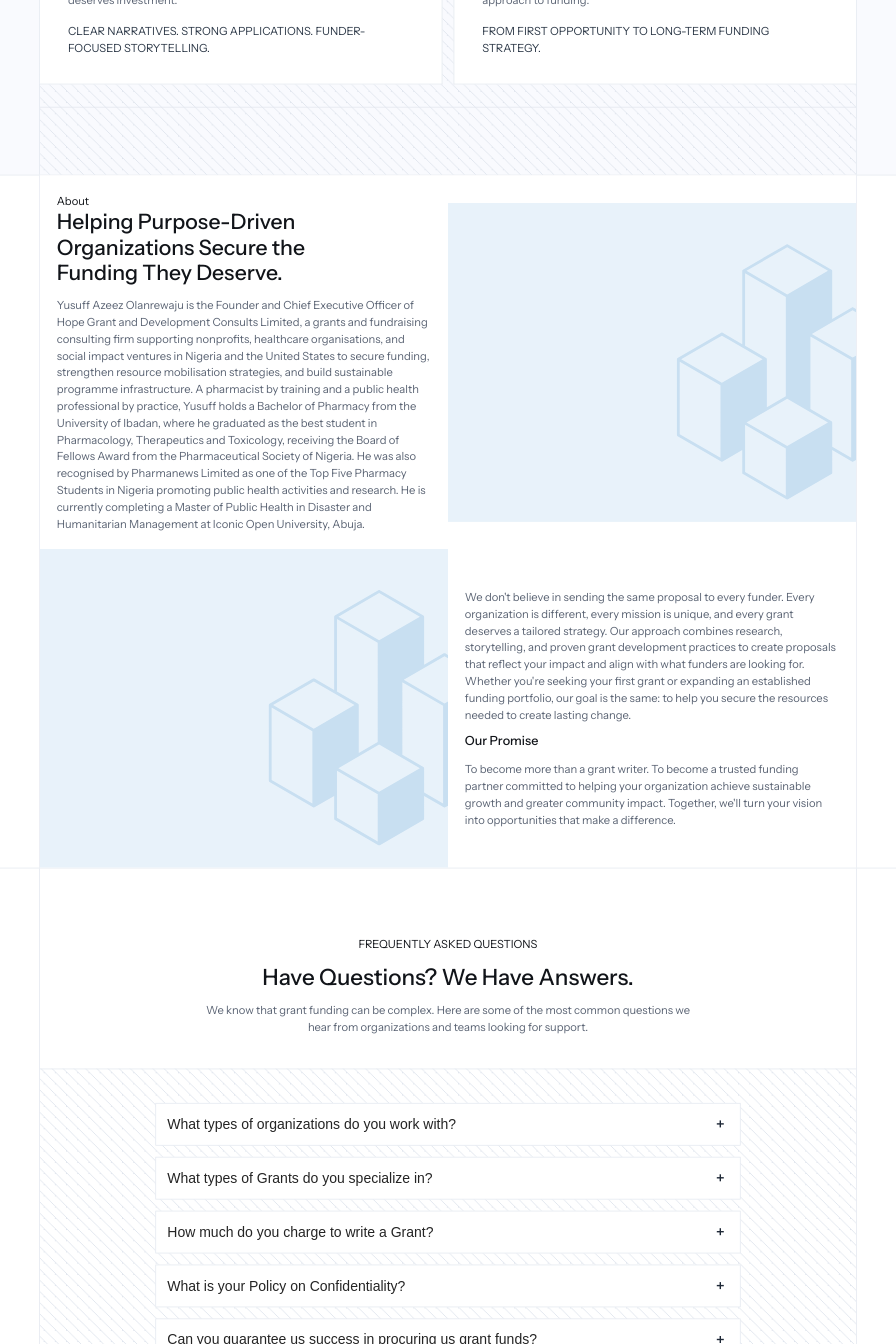
Repository: Ajeyinka/Upgrowth
Page: index.html
An editor plug-in stored every save of this project. The page is shown before and after the next save, followed by the edit.
The browser window is 1280 px wide. The pictures show the part of the page from y = 3872 to 5792 px (the page is 6835 px tall before and 6758 px after), at 70% of full size.

Above is the page before, as saved 2026-09-24 18:21:35.

After the next save:
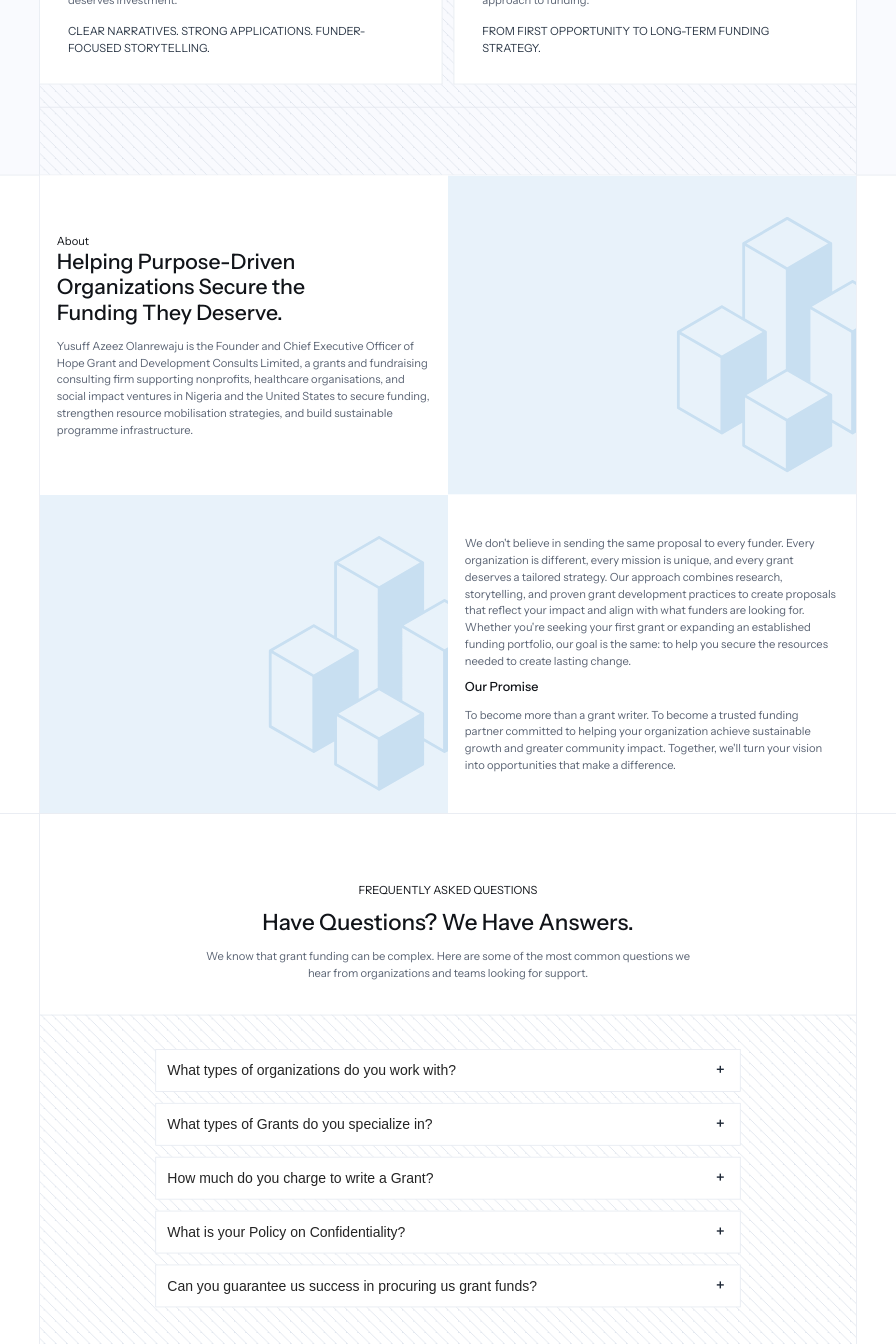
Saved 9 s later.
--- a/index.html
+++ b/index.html
@@ -271,7 +271,7 @@
               <p>
                 Yusuff Azeez Olanrewaju is the Founder and Chief Executive Officer of Hope Grant and Development Consults Limited, a grants and fundraising consulting firm supporting nonprofits, healthcare organisations, and social impact ventures in Nigeria and the United States to secure funding, strengthen resource mobilisation strategies, and build sustainable programme infrastructure.
 
-A pharmacist by training and a public health professional by practice, Yusuff holds a Bachelor of Pharmacy from the University of Ibadan, where he graduated as the best student in Pharmacology, Therapeutics and Toxicology, receiving the Board of Fellows Award from the Pharmaceutical Society of Nigeria. He was also recognised by Pharmanews Limited as one of the Top Five Pharmacy Students in Nigeria promoting public health activities and research. He is currently completing a Master of Public Health in Disaster and Humanitarian Management at Iconic Open University, Abuja.
+
 
               </p>
             </div>
